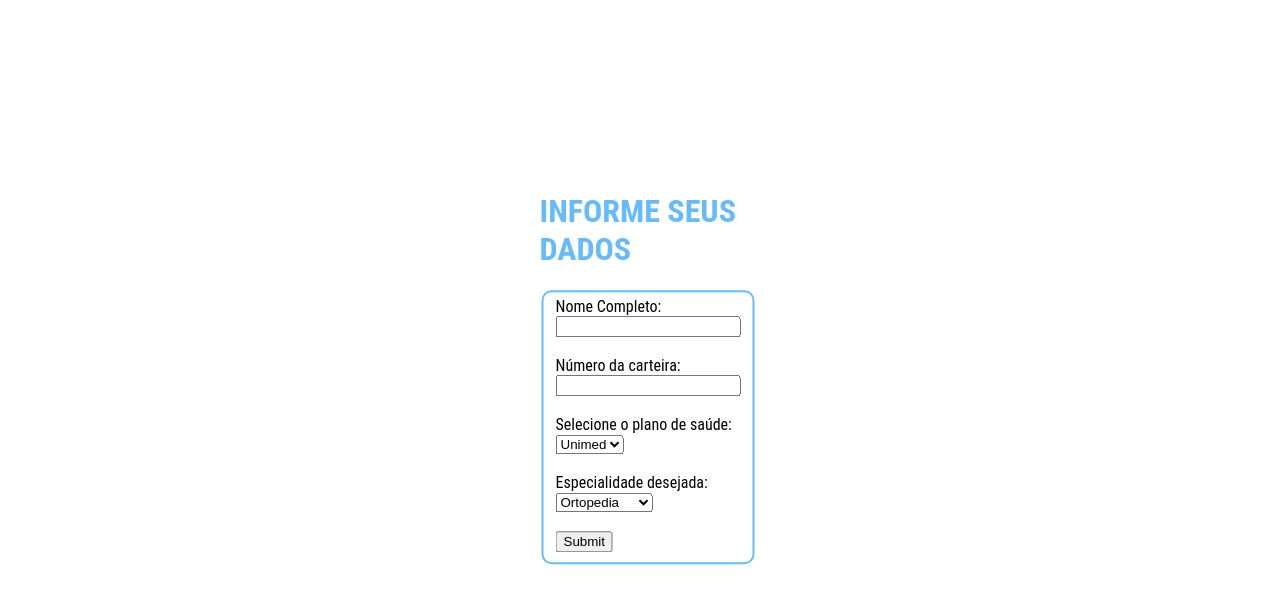
Repository: ohenriquesouza/HospitalCRUD-using-JavaEE
Page: http://localhost/JSP_test/novaConsulta.html
These files come from the project's save history. The page is drawn as it stood at one moment and after the next save; the edit follows.
The browser window is 1280 px wide. The pictures show the whole page.
Some web fonts or font styles are not loaded; a fallback is used. The page is served by Tomcat 9. Other server files are loaded and not shown.

Above is the page before, as saved 2022-12-27 16:24:30.

### JSP_test/src/main/webapp/novaConsulta.html
<!DOCTYPE html>
<html lang = "pt-br">
    <head>
        <meta charset="UTF-8">
        <meta http-equiv="X-UA-Compatible" content="IE=edge">
        <meta name="viewport" content="width=device-width, initial-scale=1.0">
        <title>Nova Consulta</title>
        <link rel="stylesheet" href="style.css">
    </head>
    <body>
        <div class="box">
        	<h1>INFORME SEUS DADOS</h1>
            <form action="">
                <fieldset>
                    <div class="input_box">
                        <label for="nome">Nome Completo:</label>
                        <input type="text" name="nome" id="nome" class="input_name" required></input>
                    </div>
                    <br>
	                <div class="input_box">
                        <label for="NmCarteira">Número da carteira:</label>
                        <input type="number" name="NmCarteira" id="NmCarteira" class="input_nmCarteira" required></input>
                    </div>
                    <br>
                     <div class="input_box">
                        <label for="">Selecione o plano de saúde:</label>
						<select name="plan" id="plan" form="">
						  <option value="ortopedia">Unimed</option>
						  <option value="pediatria">Amil</option>
						  <option value="clinica">GNDI</option>
						</select>
                    </div>
                    <br>
                    <div class="input_box">
                        <label for="">Especialidade desejada:</label>
						<select name="especs" id="especs" form="">
						  <option value="ortopedia">Ortopedia</option>
						  <option value="pediatria">Pediatria</option>
						  <option value="clinica">Clínica geral</option>
						</select>
                    </div>
                    <br>

                    <input type="submit"></input>

                </fieldset>
            </form>
        </div>
    </body>
</html>

### JSP_test/src/main/webapp/style.css
@charset "utf-8";
@import url('https://fonts.googleapis.com/css2?family=Roboto+Condensed:wght@300&display=swap');
body{
    position: absolute;
    top: 50%;
    left: 50%;
    transform: translate(-50%, -50%);
	font-size: 1em;
	font-weight: 400;
	font-family: 'Roboto Condensed', sans-serif;
}
h1{
	color: #66bbff;
}
.botao1{
	text-decoration: none;
	background-color: #66bbff;
	padding: 5px 10px 5px 10px;
	color: #fff;
	font-size: 1.2em;
	font-weight: 700;
	border-radius: 8px;
}
 .box{
                position: absolute;
                top: 50%;
                left: 50%;
                transform: translate(-50%, -50%);
                padding: 15px;
                border-radius: 10px;
}
fieldset{
    border-radius: 10px;
    border-style: solid;
    border-color: #66bbff;
}

After the next save:
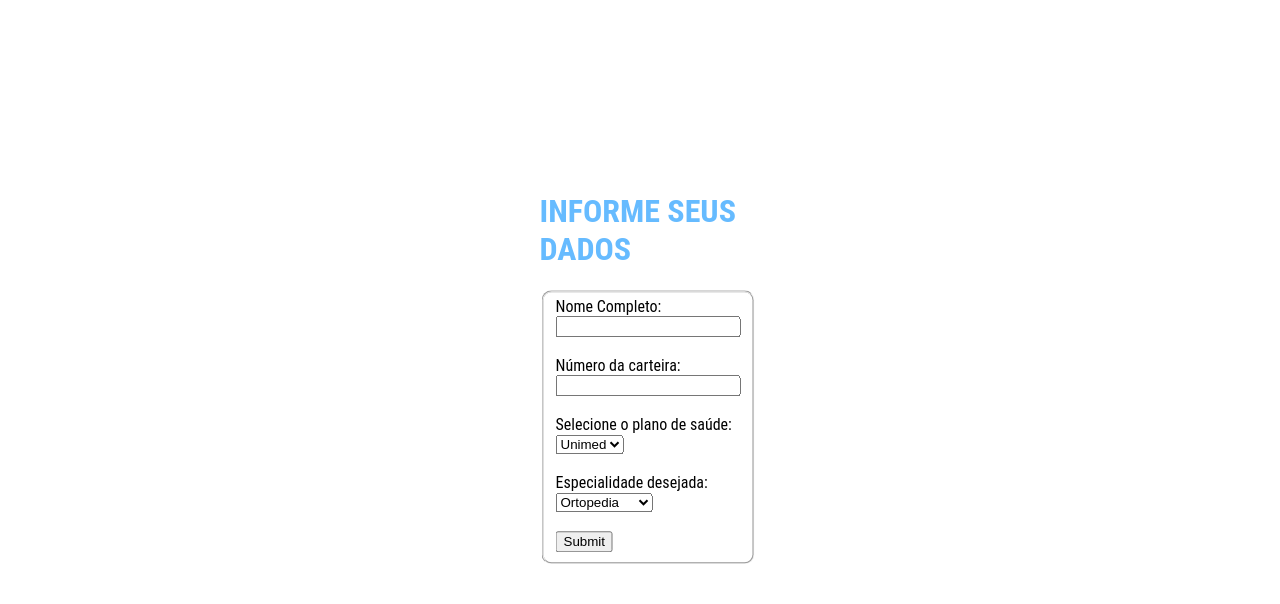
Saved 17 s later.
--- a/JSP_test/src/main/webapp/style.css
+++ b/JSP_test/src/main/webapp/style.css
@@ -31,6 +31,4 @@ h1{
 }
 fieldset{
     border-radius: 10px;
-    border-style: solid;
-    border-color: #66bbff;
 }
